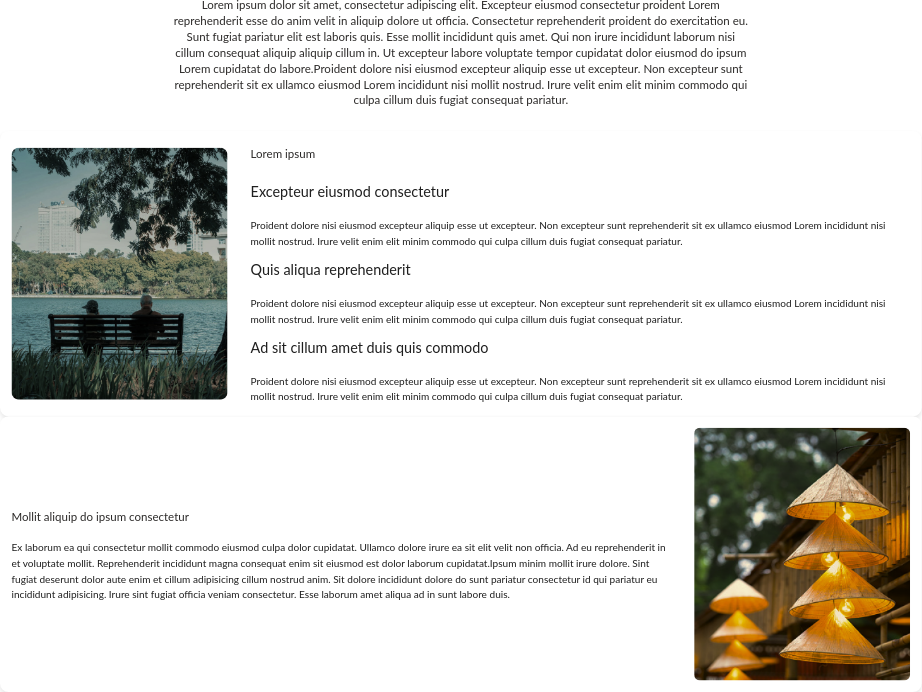
Repository: PhamNguyen2608/WGT-test
Page: index.html
These files come from the project's save history. The page is drawn as it stood at one moment and after the next save; the edit follows.
The browser window is 1280 px wide. The pictures show the part of the page from y = 782 to 2564 px (the page is 1743 px tall before and 2564 px after), at 72% of full size.
A picture or video elsewhere on the page could not be fetched, so the positions and the page height are approximate.

Above is the page before, as saved 2024-11-12 13:23:43.

### index.html
<!DOCTYPE html>
<html lang="en">
<head>
    <meta charset="UTF-8">
    <meta name="viewport" content="width=device-width, initial-scale=1.0">
    <title>Test</title>
    <link rel="stylesheet" href="asset/css/style.css">
</head>
<body>
    <div id="app"></div>
    <script type="module" src="src/js/main.js"></script>
</body>
</html>

### asset/css/style.css
@import './global/reset.css';
@import './global/variables.css';
@import './global/typography.css';

@import './components/hero-section.css';
@import './components/content-section.css';
@import './components/header.css';

### src/js/main.js
import App from './app.js';

document.addEventListener('DOMContentLoaded', () => {
    const rootElement = document.getElementById('app');
    const app = new App(rootElement);
    app.render();
});

### asset/css/global/reset.css
/* Reset CSS */
* {
    margin: 0;
    padding: 0;
    box-sizing: border-box;
}

body {
    font-family: var(--font-family-sans);
}

### asset/css/global/variables.css
:root {
    /* Màu sắc */
    --color-primary: #2C2A29;
    --color-secondary: #1F1F1F;
    --color-background: #ffffff;

    /* Font chữ */
    --font-family-serif: 'Georgia', serif;
    --font-family-sans: 'Lato', sans-serif;
    /* Font weight */
    --font-weight-regular: 400;
    --font-weight-medium: 500;
    --font-weight-bold: 700;

    /* Cỡ chữ */
    --font-size-12: 12px;
    --font-size-14: 14px;
    --font-size-16: 16px;
    --font-size-20: 20px;
    --font-size-24: 24px;
    --font-size-40: 40px;

    /* Line height */
    --line-height-1-4: 1.4;
    --line-height-1-6: 1.6;
    --line-height-2-0: 2;
    --line-height-22: 22px;

    /* Khoảng cách */
    --spacing-small: 8px;
    --spacing-medium: 16px;
    --spacing-large: 32px;
}

### asset/css/global/typography.css
/* Font weight */
.text-regular {
    font-weight: var(--font-weight-regular);
}
.text-medium {
    font-weight: var(--font-weight-medium);
}
.text-bold {
    font-weight: var(--font-weight-bold);
}
.text-extra-bold {
    font-weight: var(--font-weight-extra-bold);
}
/* Font size */
.fz-12 {
    font-size: var(--font-size-12);
}
.fz-14 {
    font-size: var(--font-size-14);
}
.fz-16 {
    font-size: var(--font-size-16);
}
.fz-20 {
    font-size: var(--font-size-20);
}
.fz-24 {
    font-size: var(--font-size-24);
}
.fz-40 {
    font-size: var(--font-size-40);
}
/* Line height */
.line-1-4 {
    line-height: var(--line-height-1-4);
}
.line-1-6 {
    line-height: var(--line-height-1-6);
}

/* Text color */
.text-primary {
    color: var(--color-primary);
}
.text-secondary {
    color: var(--color-secondary);
}
.text-accent {
    color: var(--color-accent);
}

### asset/css/components/hero-section.css
.hero-section {
    text-align: center;
    padding: var(--spacing-large) 0;
}

.hero-title {
    font-size: var(--font-size-40);
    font-weight: var(--font-weight-regular);
    margin-bottom: var(--spacing-medium);
}

.hero-images {
    display: flex;
    justify-content: center;
    gap: var(--spacing-medium);
    margin-bottom: var(--spacing-medium);
}

.hero-content {
    max-width: 800px;
    margin: 0 auto;
    font-size: var(--font-size-16);
    line-height: 22px;
    color: var(--color-primary);
}

### asset/css/components/content-section.css
.content-section {
    display: flex;
    flex-direction: row;
    gap: var(--spacing-large);
    align-items: center;
    padding: var(--spacing-medium);
    border: 1px solid var(--color-border);
    border-radius: 12px;
    background-color: var(--color-background);
    box-shadow: 0 4px 8px rgba(0, 0, 0, 0.1);
}

.content-section.reverse {
    flex-direction: row-reverse;
}

.content-image {
    flex: 1;
    max-width: 300px;
    height: auto;
    border-radius: 8px;
    object-fit: cover;
}

.content-text {
    flex: 2;
    display: flex;
    flex-direction: column;
    gap: var(--spacing-small);
}

.content-title {
    font-size: var(--font-size-64);
    font-weight: var(--font-weight-regular);
    line-height: var(--line-height-2-0);
    color: var(--color-primary);
    margin-bottom: var(--spacing-small);
}

.content-subtitle {
    font-size: var(--font-size-20);
    font-weight: var(--font-weight-regular);
    line-height: var(--line-height-2-0);
    color: var(--color-secondary);
    margin-bottom: var(--spacing-small);
}

.content-description {
    font-size: var(--font-size-14);
    font-weight: var(--font-weight-regular);
    line-height: var(--line-height-22);
    color: var(--color-secondary);
}

### asset/css/components/header.css
.header {
    color: var(--color-primary);
    text-align: center;
    padding: var(--spacing-large);
    background-color: var(--color-background);
    font-size: var(--font-size-40);
    font-weight: var(--font-weight-regular);
}

.header__title {
    font-size: var(--font-size-40);
    font-weight: var(--font-weight-regular);
    color: var(--color-primary);
    margin: 0;
}

### src/js/app.js
import Router from './router.js';
import LandingPage from '../pages/LandingPage.js';


export default class App {
    constructor(rootElement, routes, components) {
        this.rootElement = rootElement;
        this.routes = routes;
        this.components = components;
        this.router = new Router();
        console.log('App initialized');
    }

    setupRouter(){
        this.router.registerRoute("/", () => new LandingPage().render());
        this.router.listen(this.rootElement);
    }
    render(){
        this.setupRouter();
    }
}

### src/js/router.js
export default class Router {
    constructor() {
        this.routes = {};
    }

    registerRoute(path, callback) {
        this.routes[path] = callback;
    }

    async handleRouteChange(rootElement) {
        const path = window.location.hash.slice(1) || '/';
        const renderCallback = this.routes[path];

        if (renderCallback) {
            rootElement.innerHTML = '';
            try {
                const content = await renderCallback();
                if (content instanceof Node) {
                    rootElement.appendChild(content);
                } else {
                    throw new Error('Render callback did not return a Node');
                }
            } catch (error) {
                console.error('Error rendering route:', error);
                rootElement.innerHTML = '<h1>Failed to load route content</h1>';
            }
        } else {
            rootElement.innerHTML = '<h1>404 - Page Not Found</h1>';
        }
    }

    listen(rootElement) {
        window.addEventListener('hashchange', () => this.handleRouteChange(rootElement));
        this.handleRouteChange(rootElement);
    }
}

### src/pages/LandingPage.js
import Header from '../components/Header.js';
import HeroSection from '../components/HeroSection.js';
import ContentSection from '../components/ContentSection.js';
import GetDataService from '../services/getDataService.js';

export default class LandingPage {
    constructor() {
        this.getDataService = new GetDataService();
    }

    async render() {
        const container = document.createElement('div');
        container.className = 'landing-page';

        try {
            const pageData = await this.getDataService.getData();
            const page = pageData.page;

            // Header Section
            const headerSection = document.createElement('div');
            headerSection.className = 'header-section';
            const header = new Header({ title: page.header.title });
            headerSection.appendChild(header.render());
            container.appendChild(headerSection);

            // Hero Section
            const heroWrapper = document.createElement('div');
            heroWrapper.className = 'hero-wrapper';
            const heroSection = new HeroSection({
                images: page.heroSection.images,
                content: page.heroSection.content,
            });
            heroWrapper.appendChild(heroSection.render());
            container.appendChild(heroWrapper);

            // Content Sections Container
            const contentSectionsContainer = document.createElement('div');
            contentSectionsContainer.className = 'content-sections-container';

            if (Array.isArray(page.contentSections)) {
                page.contentSections.forEach((sectionData, index) => {
                    const contentSection = new ContentSection({
                        image: sectionData.image,
                        text: sectionData.text,
                        reverse: index % 2 === 1,
                    });
                    contentSectionsContainer.appendChild(contentSection.render());
                });
            }

            container.appendChild(contentSectionsContainer);
        } catch (error) {
            console.error('Error rendering LandingPage:', error);
            container.textContent = 'Failed to load content.';
        }

        return container;
    }
}

### src/components/Header.js
export default class Header {
    constructor({ title }) {
        this.title = title;
    }

    render() {
        const header = document.createElement('header');
        header.className = 'header';

        const h1 = document.createElement('h1');
        h1.className = 'header__title';
        h1.textContent = this.title;

        header.appendChild(h1);

        return header;
    }
}

### src/components/HeroSection.js
export default class HeroSection {
  constructor(props = {}) {
    const { title, images, content, events = {} } = props;
    this.props = { title, images, content };
    this.events = events;
  }

  createElement(tag, className = "", textContent = "", attributes = {}) {
    const element = document.createElement(tag);
    if (className) element.className = className;
    if (textContent) element.textContent = textContent;

    Object.entries(attributes).forEach(([key, value]) => {
      element.setAttribute(key, value);
    });

    return element;
  }

  createImageContainer(images) {
    const container = this.createElement("div", "hero-images");
    if (Array.isArray(images)) {
      images.forEach(({ src, alt }) => {
        const img = this.createElement("img", "", "", {
          src,
          alt: alt || "Image",
        });
        container.appendChild(img);
      });
    } else {
      console.warn('HeroSection: "images" is not an array', images);
      container.textContent = "No images available";
    }
    return container;
  }

  render() {
    const { title, images, content } = this.props;

    const section = this.createElement("section", "hero-section");

    if (title) {
      const titleElement = this.createElement("h1", "hero-title", title);
      section.appendChild(titleElement);
    }

    const imageContainer = this.createImageContainer(images);
    section.appendChild(imageContainer);

    if (content) {
      const contentElement = this.createElement("p", "hero-content", content);
      section.appendChild(contentElement);
    } else {
      const placeholder = this.createElement(
        "p",
        "hero-content-placeholder",
        "No content available"
      );
      section.appendChild(placeholder);
    }

    return section;
  }
}

### src/components/ContentSection.js
export default class ContentSection {
    constructor({ image, text, reverse = false }) {
        this.image = image;
        this.text = text;
        this.reverse = reverse;
    }

    render() {
        const section = document.createElement('div');
        section.className = 'content-section';
        if (this.reverse) {
            section.classList.add('reverse');
        }

        const imageElement = document.createElement('img');
        imageElement.src = this.image.src;
        imageElement.alt = this.image.alt || 'Content Image';
        imageElement.className = 'content-image';

        const textContainer = document.createElement('div');
        textContainer.className = 'content-text';

        const titleElement = document.createElement('h2');
        titleElement.className = 'content-title';
        titleElement.textContent = this.text.title;

        textContainer.appendChild(titleElement);

        if (Array.isArray(this.text.subsections)) {
            this.text.subsections.forEach((subsection) => {
                const subtitleElement = document.createElement('h3');
                subtitleElement.className = 'content-subtitle';
                subtitleElement.textContent = subsection.subtitle;

                const contentElement = document.createElement('p');
                contentElement.className = 'content-description';
                contentElement.textContent = subsection.content;

                textContainer.appendChild(subtitleElement);
                textContainer.appendChild(contentElement);
            });
        } else if (this.text.content) {
            const contentElement = document.createElement('p');
            contentElement.className = 'content-description';
            contentElement.textContent = this.text.content;
            textContainer.appendChild(contentElement);
        }

        section.appendChild(imageElement);
        section.appendChild(textContainer);

        return section;
    }
}

### src/services/getDataService.js
export default class GetDataService {
    async getData() {
        try {
            const response = await fetch('src/data/data.json');
            if (!response.ok) {
                throw new Error('Failed to fetch data');
            }
            const data = await response.json();
            console.log(data)

            return data;
        } catch (error) {
            console.error('Error fetching data:', error);
            throw error;
        }
    }
}

### src/data/data.json
{
  "page": {
    "header": {
      "title": "Lorem ullamco"
    },
    "heroSection": {
      "images": [
        {
          "src": "asset/images/image-top-1.png",
          "alt": "Description of first image"
        },
        {
          "src": "asset/images/image-top-2.png",
          "alt": "Description of second image"
        }
      ],
      "content": "Lorem ipsum dolor sit amet, consectetur adipiscing elit. Excepteur eiusmod consectetur proident Lorem reprehenderit esse do anim velit in aliquip dolore ut officia. Consectetur reprehenderit proident do exercitation eu. Sunt fugiat pariatur elit est laboris quis. Esse mollit incididunt quis amet. Qui non irure incididunt laborum nisi cillum consequat aliquip aliquip cillum in. Ut excepteur labore voluptate tempor cupidatat dolor eiusmod do ipsum Lorem cupidatat do labore.Proident dolore nisi eiusmod excepteur aliquip esse ut excepteur. Non excepteur sunt reprehenderit sit ex ullamco eiusmod Lorem incididunt nisi mollit nostrud. Irure velit enim elit minim commodo qui culpa cillum duis fugiat consequat pariatur."
    },
    "contentSections": [
      {
        "image": {
          "src": "asset/images/image-bot-1.jpg",
          "alt": "Description of third image"
        },
        "text": {
          "title": "Lorem ipsum",
          "subsections": [
            {
              "subtitle": "Excepteur eiusmod consectetur",
              "content": "Proident dolore nisi eiusmod excepteur aliquip esse ut excepteur. Non excepteur sunt reprehenderit sit ex ullamco eiusmod Lorem incididunt nisi mollit nostrud. Irure velit enim elit minim commodo qui culpa cillum duis fugiat consequat pariatur."
            },
            {
              "subtitle": "Quis aliqua reprehenderit",
              "content": "Proident dolore nisi eiusmod excepteur aliquip esse ut excepteur. Non excepteur sunt reprehenderit sit ex ullamco eiusmod Lorem incididunt nisi mollit nostrud. Irure velit enim elit minim commodo qui culpa cillum duis fugiat consequat pariatur."
            },
            {
              "subtitle": "Ad sit cillum amet duis quis commodo",
              "content": "Proident dolore nisi eiusmod excepteur aliquip esse ut excepteur. Non excepteur sunt reprehenderit sit ex ullamco eiusmod Lorem incididunt nisi mollit nostrud. Irure velit enim elit minim commodo qui culpa cillum duis fugiat consequat pariatur."
            }
          ]
        }
      },
      {
        "image": {
          "src": "asset/images/image-bot-2.png",
          "alt": "Description of fourth image"
        },
        "text": {
          "title": "Mollit aliquip do ipsum consectetur",
          "content": "Ex laborum ea qui consectetur mollit commodo eiusmod culpa dolor cupidatat. Ullamco dolore irure ea sit elit velit non officia. Ad eu reprehenderit in et voluptate mollit. Reprehenderit incididunt magna consequat enim sit eiusmod est dolor laborum cupidatat.Ipsum minim mollit irure dolore. Sint fugiat deserunt dolor aute enim et cillum adipisicing cillum nostrud anim. Sit dolore incididunt dolore do sunt pariatur consectetur id qui pariatur eu incididunt adipisicing. Irure sint fugiat officia veniam consectetur. Esse laborum amet aliqua ad in sunt labore duis."
        }
      }
    ]
  }
}

After the next save:
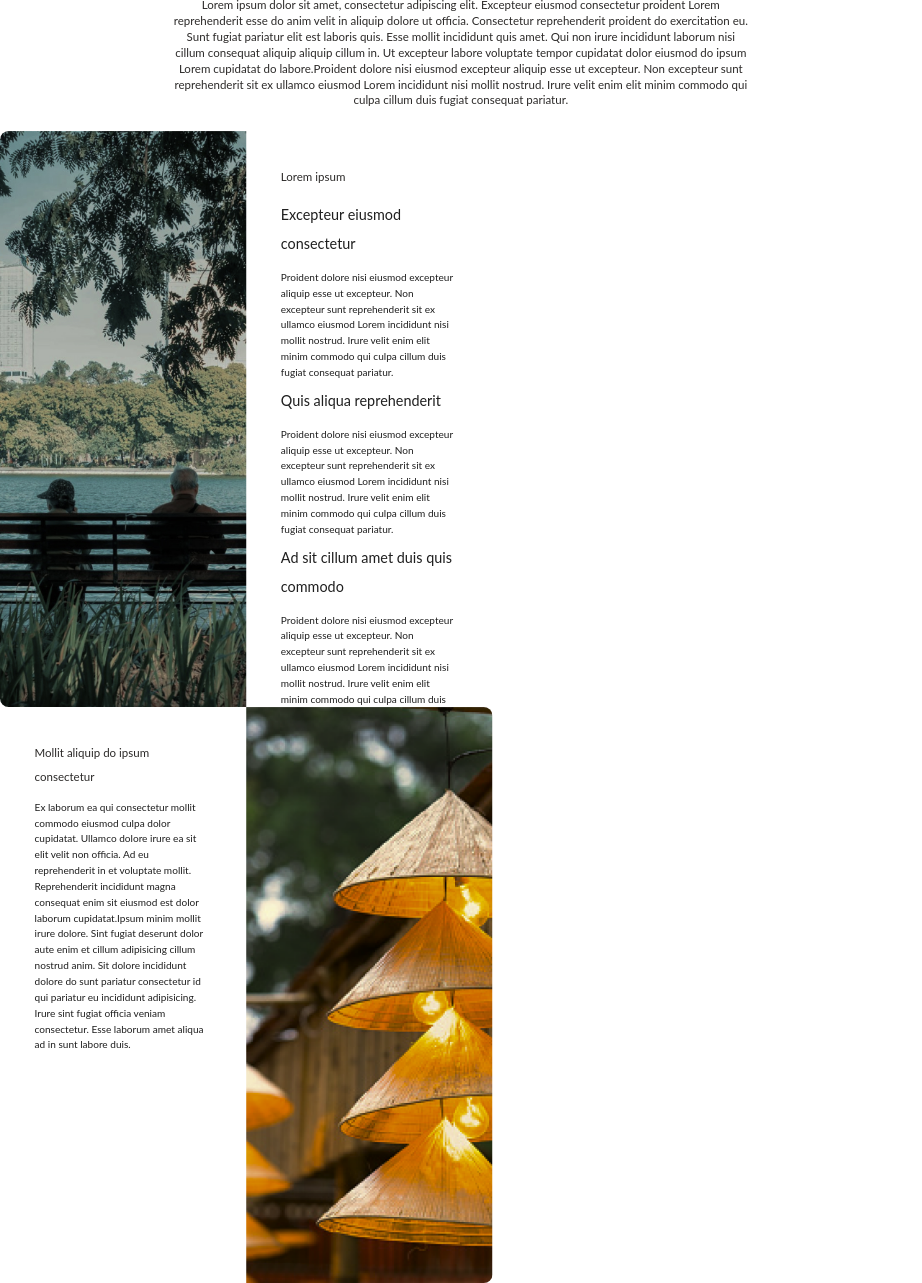
Saved 9 s later.
--- a/asset/css/components/content-section.css
+++ b/asset/css/components/content-section.css
@@ -1,13 +1,11 @@
 .content-section {
+    width: 684px;
+    height: 800px;
     display: flex;
     flex-direction: row;
-    gap: var(--spacing-large);
-    align-items: center;
-    padding: var(--spacing-medium);
-    border: 1px solid var(--color-border);
+    background-color: var(--color-background);
     border-radius: 12px;
-    background-color: var(--color-background);
-    box-shadow: 0 4px 8px rgba(0, 0, 0, 0.1);
+    overflow: hidden;
 }
 
 .content-section.reverse {
@@ -15,15 +13,14 @@
 }
 
 .content-image {
-    flex: 1;
-    max-width: 300px;
-    height: auto;
-    border-radius: 8px;
+    width: 50%;
+    height: 100%;
     object-fit: cover;
 }
 
 .content-text {
-    flex: 2;
+    width: 50%;
+    padding: 48px;
     display: flex;
     flex-direction: column;
     gap: var(--spacing-small);
